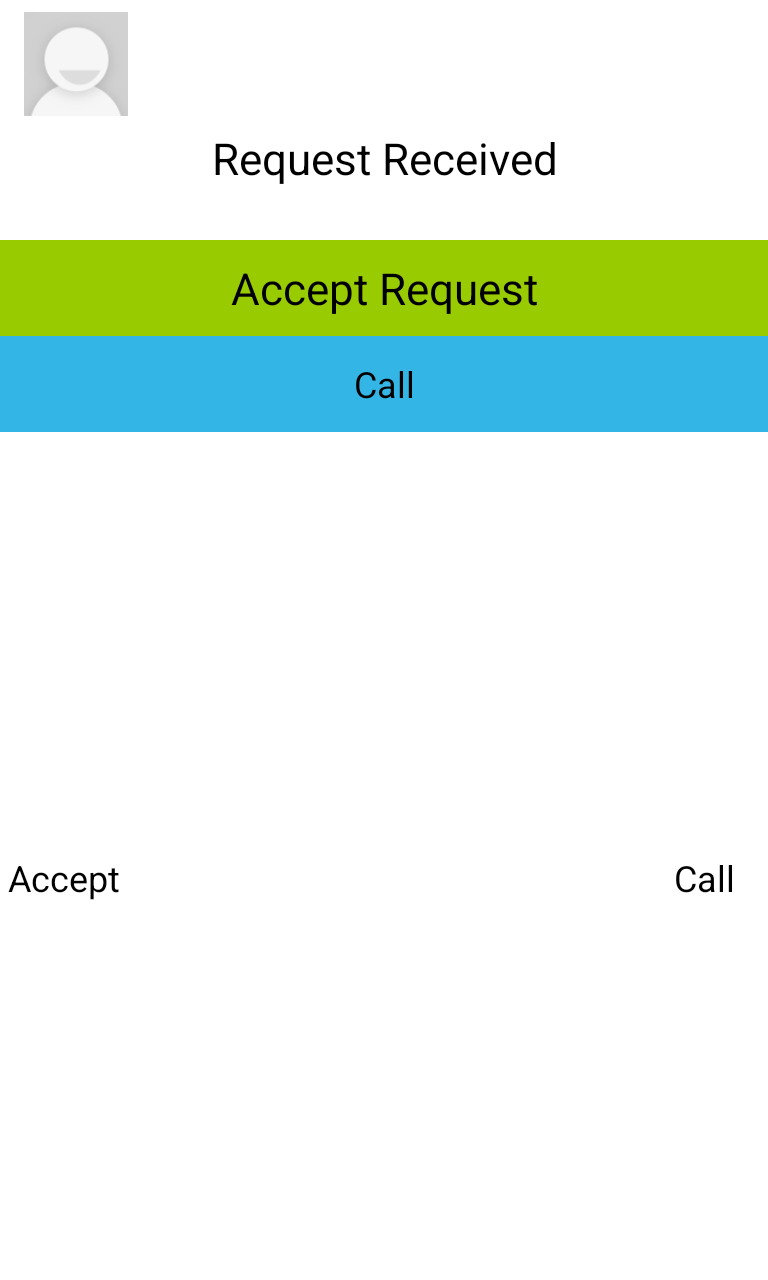
Repository: srivast6/SafeWalk
Layout: android/SafeWalk/res/layout/tryout.xml
The author's editor kept a copy of each file at every save. The layout is drawn from the files as they stood at one save, then again after the next save.
It is drawn on a 768 x 1280 px phone screen (xhdpi) without system bars, with theme android:Theme.Holo.Light; the app's code is not run.

Above is the layout before, as saved 2013-11-20 17:52:23.

After the next save:
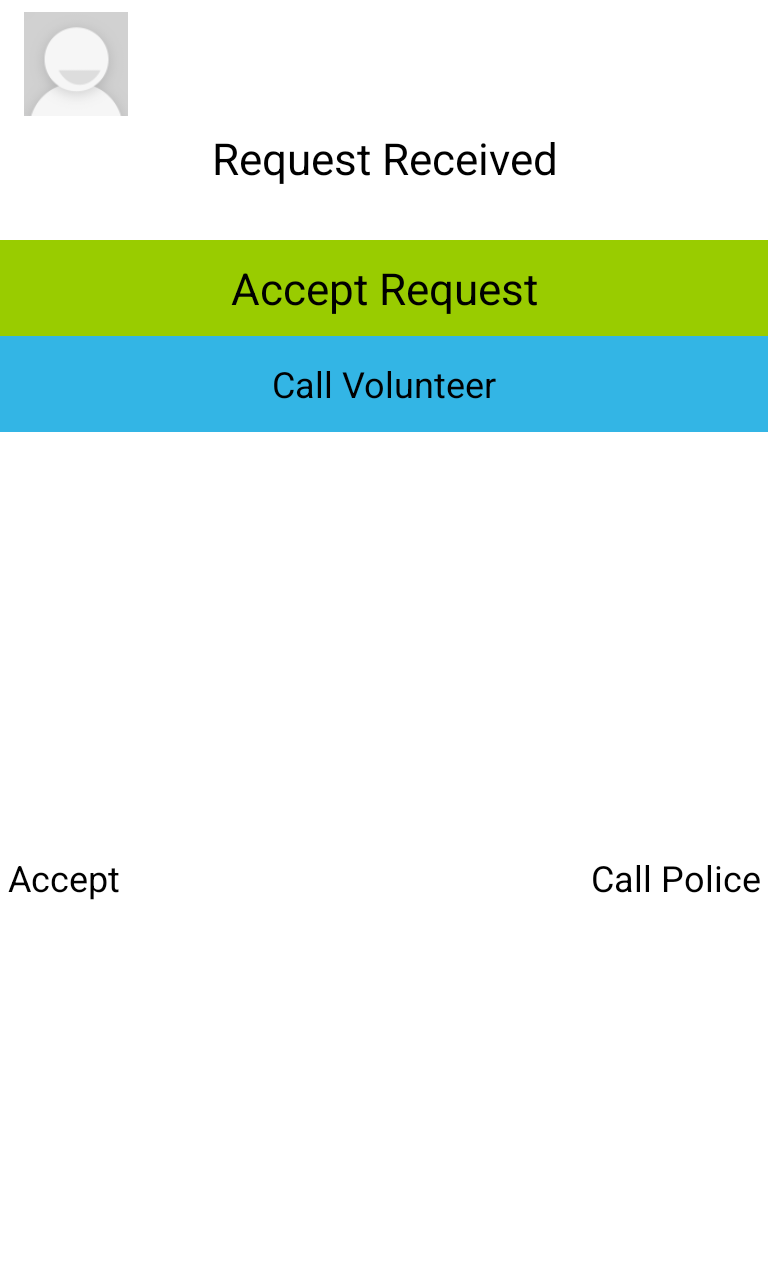
Saved 21 min 9 s later.
--- a/android/SafeWalk/res/layout/tryout.xml
+++ b/android/SafeWalk/res/layout/tryout.xml
@@ -68,7 +68,7 @@
             android:layout_weight="0"
             android:background="@android:color/holo_blue_light"
             android:orientation="horizontal"
-            android:text="Call" />
+            android:text="Call Volunteer" />
 
         <Button
             android:id="@+id/btn_callSafewalk"
@@ -85,7 +85,7 @@
             android:layout_height="fill_parent"
             android:layout_alignParentRight="true"
             android:layout_below="@id/callButton"
-            android:text="Call" />
+            android:text="Call Police" />
 
     </RelativeLayout>
 
